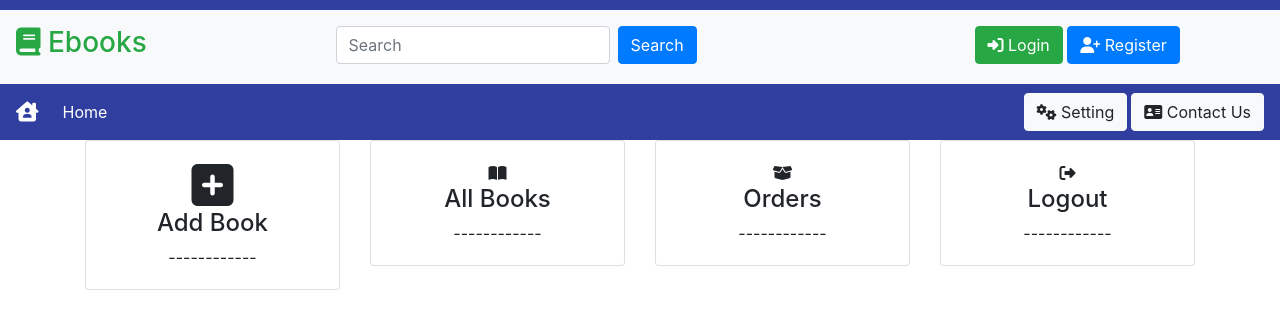
Repository: chittaranjan24/E-Books_Management_System
Page: http://localhost/Ebook-App/admin/home.jsp
These files come from the project's save history. The page is drawn as it stood at one moment and after the next save; the edit follows.
The browser window is 1280 px wide. The pictures show the whole page.
Some web libraries are served in a nearby version. The page is served by Tomcat 9. Other server files are loaded and not shown.

Above is the page before, as saved 2023-08-26 14:48:19.

### Ebook-App/src/main/webapp/admin/home.jsp

<%@ page language="java" contentType="text/html; charset=ISO-8859-1"
	pageEncoding="ISO-8859-1"%>
<!DOCTYPE html>
<html>
<head>
<meta charset="ISO-8859-1">
<title>Admin: Home</title>
<%@include file="allCss.jsp"%>
</head>
<body>
	<%@include file="navbar.jsp"%>

	<div class="container">
		<div class="row">
			<div class="col-md-3">
				<div class="card">
					<div class="card-body text-center">
					<i class="fa-solid fa-square-plus fa-3x"></i><br>
					<h4>Add Book</h4>
					------------
					</div>
				</div>
			</div>

			<div class="col-md-3">
				<div class="card">
					<div class="card-body text-center">
					<i class="fa-solid fa-book-open"></i><br>
					<h4>All Books</h4>
					------------
					</div>
				</div>
			</div>

			<div class="col-md-3">
				<div class="card">
					<div class="card-body text-center">
					<i class="fa-solid fa-box-open"></i><br>
					<h4>Orders</h4>
					------------
					</div>
				</div>
			</div>

			<div class="col-md-3">
				<div class="card">
					<div class="card-body text-center">
					<i class="fa-solid fa-right-from-bracket"></i><br>
					<h4>Logout</h4>
					------------
					</div>
				</div>
			</div>

		</div>
	</div>

</body>
</html>

### Ebook-App/src/main/webapp/admin/allCss.jsp
<link rel="stylesheet"
	href="https://cdn.jsdelivr.net/npm/bootstrap@4.0.0/dist/css/bootstrap.min.css"
	integrity="sha384-Gn5384xqQ1aoWXA+058RXPxPg6fy4IWvTNh0E263XmFcJlSAwiGgFAW/dAiS6JXm"
	crossorigin="anonymous">


<script src="https://code.jquery.com/jquery-3.2.1.slim.min.js"
	integrity="sha384-KJ3o2DKtIkvYIK3UENzmM7KCkRr/rE9/Qpg6aAZGJwFDMVNA/GpGFF93hXpG5KkN"
	crossorigin="anonymous"></script>
<script
	src="https://cdn.jsdelivr.net/npm/popper.js@1.12.9/dist/umd/popper.min.js"
	integrity="sha384-ApNbgh9B+Y1QKtv3Rn7W3mgPxhU9K/ScQsAP7hUibX39j7fakFPskvXusvfa0b4Q"
	crossorigin="anonymous"></script>
<script
	src="https://cdn.jsdelivr.net/npm/bootstrap@4.0.0/dist/js/bootstrap.min.js"
	integrity="sha384-JZR6Spejh4U02d8jOt6vLEHfe/JQGiRRSQQxSfFWpi1MquVdAyjUar5+76PVCmYl"
	crossorigin="anonymous"></script>


<link rel="stylesheet"
	href="https://cdnjs.cloudflare.com/ajax/libs/font-awesome/6.4.2/css/all.min.css"
	integrity="sha512-z3gLpd7yknf1YoNbCzqRKc4qyor8gaKU1qmn+CShxbuBusANI9QpRohGBreCFkKxLhei6S9CQXFEbbKuqLg0DA=="
	crossorigin="anonymous" referrerpolicy="no-referrer" />


<link rel="stylesheet" href="style.css">

### Ebook-App/src/main/webapp/admin/navbar.jsp

<div class="container-fluid"
	style="height: 10px; background-color: #303f9f"></div>

<div class="container-fluid p-3 bg-light">
	<div class="row">
		<div class="col-md-3 text-success">
			<h3>
				<i class="fa-solid fa-book"></i> Ebooks
			</h3>
		</div>
		<div class="col-md-6">
			<form class="form-inline my-2 my-lg-0">
				<input class="form-control mr-sm-2" type="search"
					placeholder="Search" aria-label="Search">
				<button class="btn btn-primary my-2 my-sm-0" type="submit">Search</button>
			</form>
		</div>

		<div class="col-md-3">
			<a href="login.jsp" class="btn btn-success"><i
				class="fa-solid fa-right-to-bracket"></i> Login</a> <a
				href="register.jsp" class="btn btn-primary text-white"><i
				class="fa-solid fa-user-plus"></i> Register</a>
		</div>

	</div>
</div>


<nav class="navbar navbar-expand-lg navbar-dark bg-custom">
	<a class="navbar-brand" href="#"> <i
		class="fa-solid fa-house-chimney-user"></i>
	</a>
	<button class="navbar-toggler" type="button" data-toggle="collapse"
		data-target="#navbarSupportedContent"
		aria-controls="navbarSupportedContent" aria-expanded="false"
		aria-label="Toggle navigation">
		<span class="navbar-toggler-icon"></span>
	</button>

	<div class="collapse navbar-collapse" id="navbarSupportedContent">
		<ul class="navbar-nav mr-auto">
			<li class="nav-item active"><a class="nav-link" href="#">Home
					<span class="sr-only">(current)</span>
			</a></li>

		</ul>
		<form class="form-inline my-2 my-lg-0">

			<button class="btn btn-light my-2 my-sm-0" type="submit">
				<i class="fa-solid fa-gears"></i> Setting
			</button>
			<button class="btn btn-light my-2 my-sm-0 ml-1" type="submit">
				<i class="fa-solid fa-address-card"></i> Contact Us
			</button>

		</form>
	</div>
</nav>

### Ebook-App/src/main/webapp/admin/style.css
.bg-custom{
	background-color: #303f9f;
}

.navbar .nav-item:hover .nav-link {
	background-color: white;
	color: #303f9f;
	border-radius: 15px;
}

After the next save:
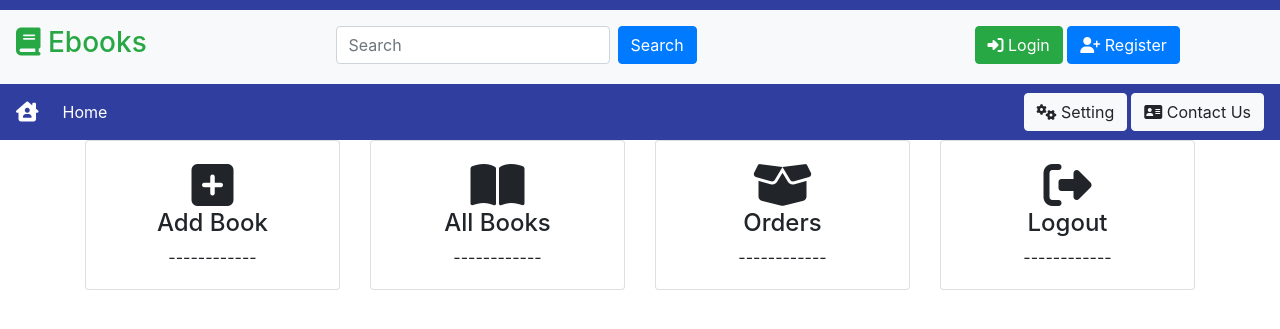
Saved 66 s later.
--- a/Ebook-App/src/main/webapp/admin/home.jsp
+++ b/Ebook-App/src/main/webapp/admin/home.jsp
@@ -26,7 +26,7 @@
 			<div class="col-md-3">
 				<div class="card">
 					<div class="card-body text-center">
-					<i class="fa-solid fa-book-open"></i><br>
+					<i class="fa-solid fa-book-open fa-3x"></i><br>
 					<h4>All Books</h4>
 					------------
 					</div>
@@ -36,7 +36,7 @@
 			<div class="col-md-3">
 				<div class="card">
 					<div class="card-body text-center">
-					<i class="fa-solid fa-box-open"></i><br>
+					<i class="fa-solid fa-box-open fa-3x"></i><br>
 					<h4>Orders</h4>
 					------------
 					</div>
@@ -46,7 +46,7 @@
 			<div class="col-md-3">
 				<div class="card">
 					<div class="card-body text-center">
-					<i class="fa-solid fa-right-from-bracket"></i><br>
+					<i class="fa-solid fa-right-from-bracket fa-3x"></i><br>
 					<h4>Logout</h4>
 					------------
 					</div>
